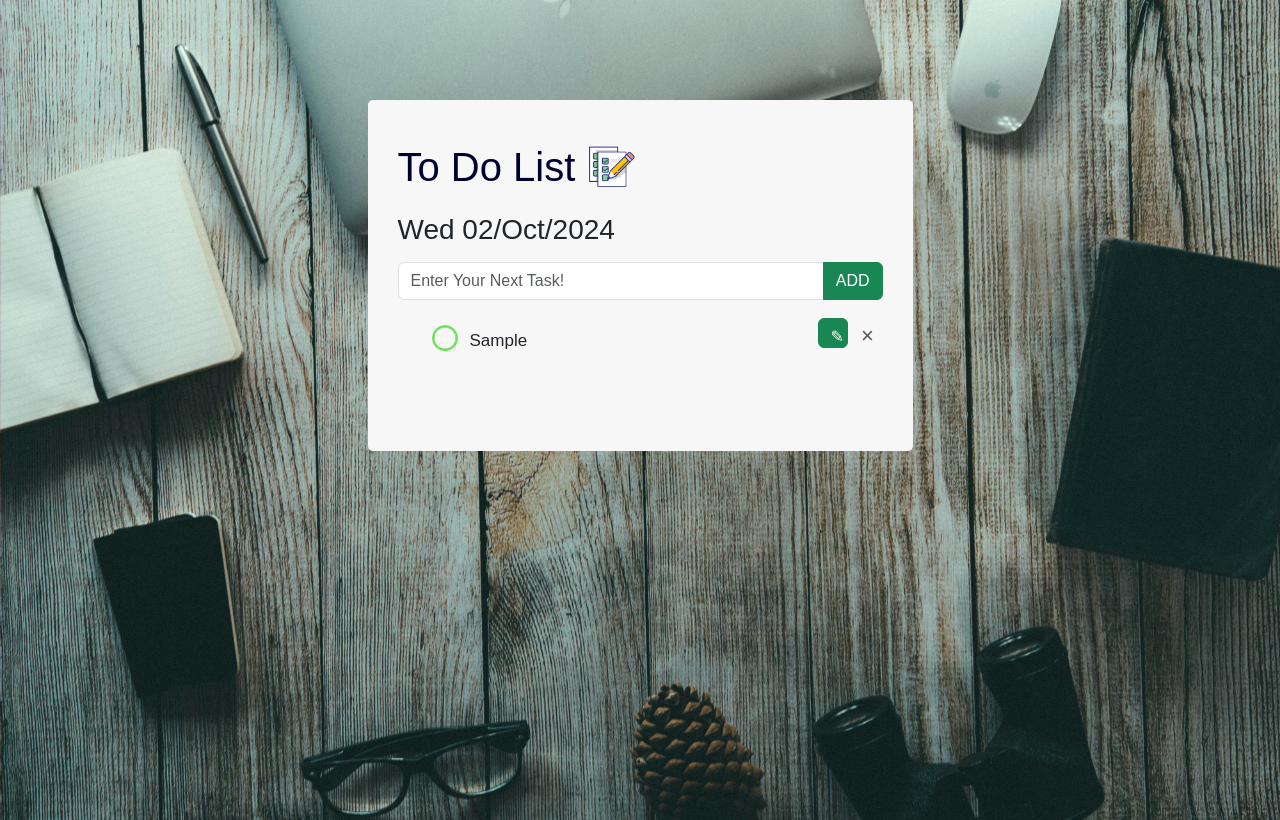
Repository: zeinawady/To_Do_List
Page: index.html
These files come from the project's save history. The page is drawn as it stood at one moment and after the next save; the edit follows.
The browser window is 1280 px wide. The pictures show the whole page.
Empty fields were first filled with sample values (such as "Sample", 5 or name@example.com).
After loading, the first visible `button.btn` was clicked once.

Above is the page before, as saved 2024-10-02 02:33:24.

### index.html
<!DOCTYPE html>
<html lang="en">

<head>
    <meta charset="UTF-8">
    <meta name="viewport" content="width=device-width, initial-scale=1.0">
    <title>To Do list</title>
    <link href="https://cdn.jsdelivr.net/npm/bootstrap@5.3.3/dist/css/bootstrap.min.css" rel="stylesheet" integrity="sha384-QWTKZyjpPEjISv5WaRU9OFeRpok6YctnYmDr5pNlyT2bRjXh0JMhjY6hW+ALEwIH" crossorigin="anonymous">
    <link rel="stylesheet" href="css/style.css">
</head>

<body>

    <div class="container">
        <div class="todo-app">
            <h1>To Do List <img src="images/todolistpng.png" alt="to-do-list" class="logo"></h1>
           <h3 id="date"></h3>
            <div class="input-group mb-3">
                <input type="text"  class="form-control" id="input-box" placeholder="Enter Your Next Task!" aria-label="Enter Your Next Task!" aria-describedby="button">
                <button class="btn btn-success" onclick="addTask()">ADD</button>

            </div>
            <ul id="list-container">
                <!-- <li class="checked">Task 0</li>
                <li>Task 1</li> -->
            </ul>
        </div>


    </div>
    <script src="https://cdn.jsdelivr.net/npm/bootstrap@5.3.3/dist/js/bootstrap.bundle.min.js" integrity="sha384-YvpcrYf0tY3lHB60NNkmXc5s9fDVZLESaAA55NDzOxhy9GkcIdslK1eN7N6jIeHz" crossorigin="anonymous"></script>
    <script src="script.js"></script>
</body>

</html>

### css/style.css
* {
    margin: 0;
    padding: 0;
    box-sizing: border-box;
    font-family: Arial, Helvetica, sans-serif;
}

:root {
    --font-color: rgb(1, 1, 49);
}

li {
    list-style: none;
}
body{
    background-image: url(../images/background3.jpg);
    background-position: center;
    background-size: cover;
    background-repeat: no-repeat;
    height: 100vh;
}


.todo-app {

    max-width: 545px;
    background-color: rgb(247, 247, 247);
    margin: 100px auto;
    padding: 40px 30px 70px;
    border-radius: 5px;
    transition: 0.5s;
}

.todo-app:hover {
    box-shadow: 4px 5px rgb(114, 114, 114);

}

.todo-app h1 {
    color: var(--font-color);
    display: flex;
    align-items: center;
    margin-bottom: 20px;

}
#date{
    margin-bottom: 15px;
}

.logo {
    width: 53px;
    margin-left: 10px;
}

.form {
    background-color: #efe2e2;
    border-radius: 10px;
}


ul li {
    position: relative;
    font-size: 17px;
    padding: 12px 2px 12px 40px;
    user-select: none;
    cursor: pointer;
}

ul li::before {
    content: '';
    position: absolute;
    height: 28px;
    width: 28px;
    border-radius: 50%;
    background-image: url(../images/unchecked.png);
    background-size: cover;
    background-position: center;
    left: 1px;
    top: 8px;
}

ul li.checked {
    color: #555;
    text-decoration: line-through;

}

ul li.checked::before {
    color: #666;
    background-image: url(../images/checked.png);
}

ul li span {
    position: absolute;
    right: 0;
    top: 5px;
    width: 30px;
    height: 30px;
    font-size: 22px;
    color: #555;
    line-height: 30px;
    text-align: center;
    border-radius: 50%;
    /* border: solid; */
    transition: 0.2s;
}

ul li span:hover {
    background-color: #e8e6e6;
}
ul li button{
    position: absolute;
    right: 35px;
    top: 2px;
    width: 30px;
    height: 30px;
    text-align: center;
    cursor: pointer;
    border: none;
    outline: none;
    background-color: #06d6a0;
    border-radius: 50%;
    color: rgb(255, 255, 255);
    transition: 0.3s;
    font-size: 20px;
}

### script.js
let listContainer = document.getElementById("list-container");
let inputBox = document.getElementById("input-box");
let currentDate= document.getElementById("date");
function addTask() {
    if (inputBox.value === '') {
        alert("No Task Added!");
    }
    else {
        let li = document.createElement("li");
        li.innerHTML = inputBox.value;
        listContainer.appendChild(li);
        let xSign = document.createElement("span");
        xSign.innerHTML = '\u00d7';  // x sign code
        li.appendChild(xSign);

        let editBtn = document.createElement("button");
        editBtn.innerHTML="\u270E";
        editBtn.classList.add('btn','btn-success');

        li.appendChild(editBtn);
    }
    inputBox.value = "";  //so that input text become empty again
    saveTask();

}

inputBox.addEventListener("keydown", function (e) {
    if (e.key === "Enter") {
        e.preventDefault();
        addTask();
    }
});

listContainer.addEventListener("click", function (e) {
    //e is the event object contains info about event & target element that was clicked.
    if (e.target.tagName === "LI") {
        e.target.classList.toggle("checked");
        saveTask();
    }
    else if (e.target.tagName === "SPAN") {
        e.target.parentElement.remove();
        saveTask();

    }
    else if(e.target.tagName==="BUTTON"){
        let li=e.target.parentElement;
        let currentTask=li.firstChild.textContent;
        let newTask=prompt("Edit Your Task: " , currentTask);
        li.firstChild.textContent=newTask;
    }
})

function saveTask() {
    localStorage.setItem("Task", listContainer.innerHTML);
}
function showTask() {
    listContainer.innerHTML = localStorage.getItem("Task");
}
showTask();

function displayDate(){
    let date=new Date();
    date=date.toString().split(" ");
    currentDate.innerHTML=date[0]+" "+ date[2]+'/'+ date[1] +'/'+ date[3];
    console.log();
}
window.onload=displayDate();

After the next save:
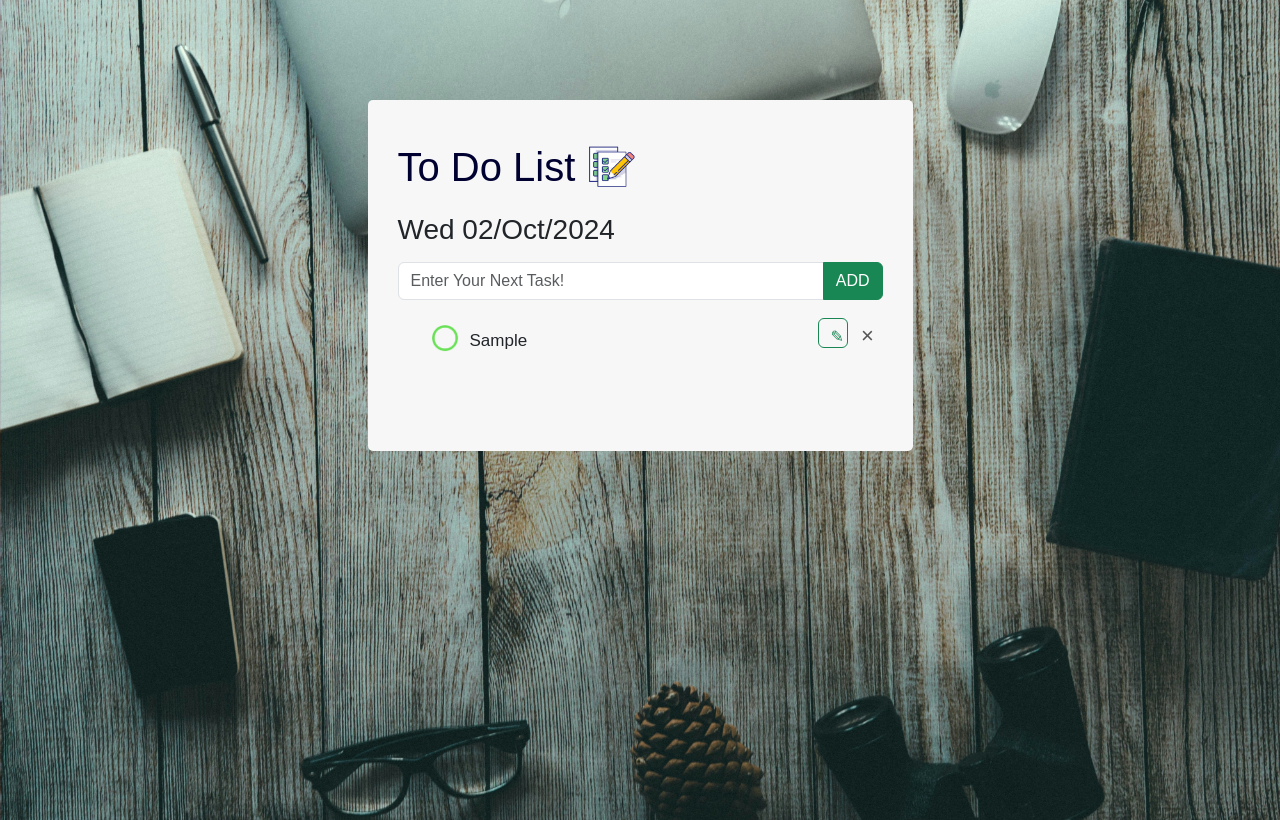
Saved 20 s later.
--- a/script.js
+++ b/script.js
@@ -15,7 +15,7 @@ function addTask() {
 
         let editBtn = document.createElement("button");
         editBtn.innerHTML="\u270E";
-        editBtn.classList.add('btn','btn-success');
+        editBtn.classList.add('btn','btn-outline-success');
 
         li.appendChild(editBtn);
     }
